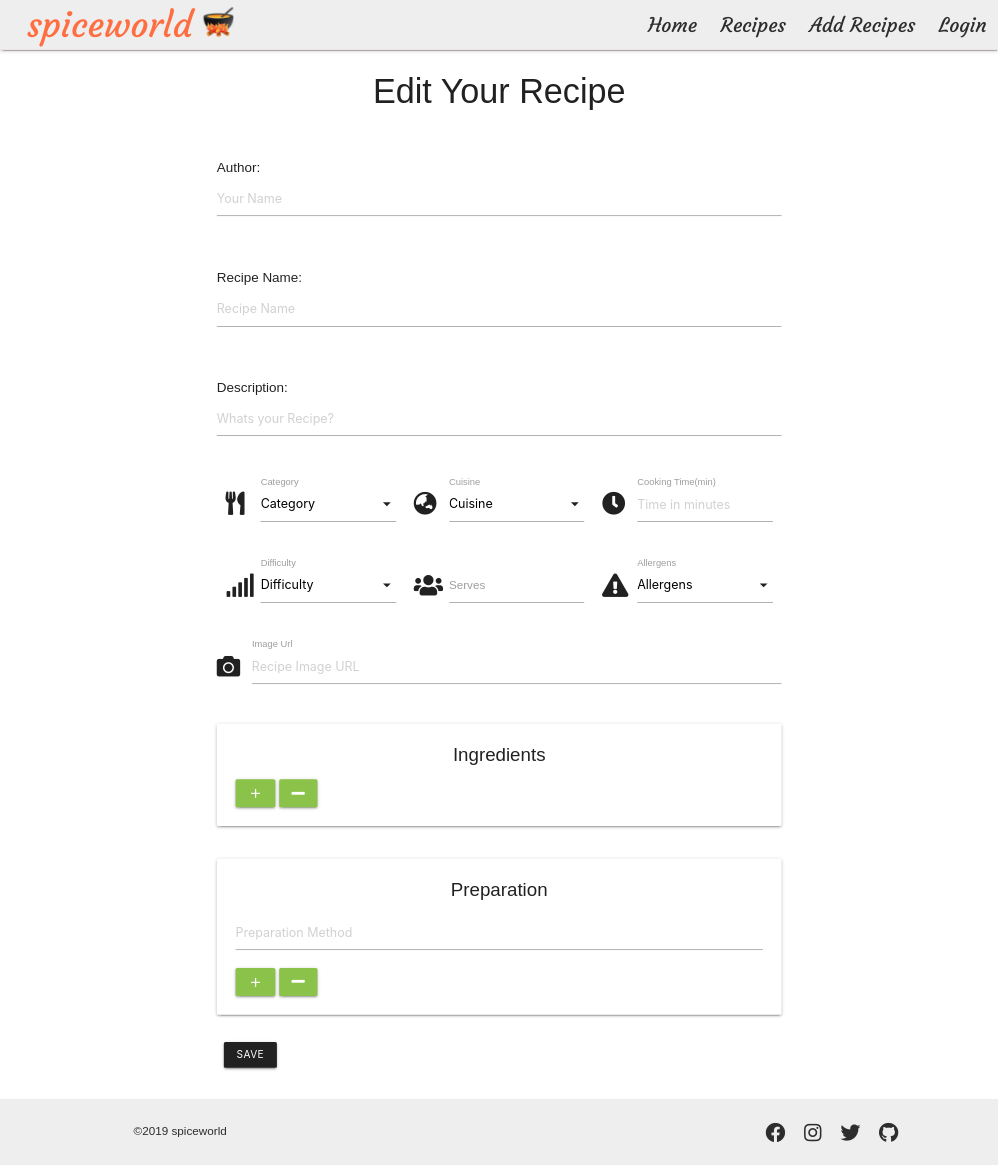
Repository: stephyraju/spiceworld
Page: templates/editrecipe.html
The author's editor kept a record of every edit. The page is drawn from the files as they stood at one moment, then again after the next edit.
The browser window is 1280 px wide. The pictures show the whole page, at 78% of full size.
Some web libraries are served in a nearby version. The page is served by the project's application, run on Flask 3 (app.py). The template is opened directly, without the code that normally fills it, so the values that code supplies are empty.

Above is the page before.

### templates/editrecipe.html
{% extends 'base.html'%} {% block content %}
<section class="container">
    <div class="row center">
        <h3>Edit Your Recipe</h3>
    </div>
    <div class="row">
        <form action="{{ url_for('update_recipe',recipe_id=recipe._id) }}" method="POST" class="col s12">
            <!-- Author -->
            <div class="row">
                <div class="input-field col s10 offset-s1">
                    <h6><strong>Author:</strong></h6>
                    <input placeholder="Your Name" id="author" name="author" type="text" class="validate" value="{{recipe.author}}" required="">
                </div>
            </div>
            <!-- recipe name -->
            <div class="row">
                <div class="input-field col s10 offset-s1">
                    <h6><strong>Recipe Name:</strong></h6>
                    <input id="recipe_name" name="recipe_name" type="text" class="validate" value="{{recipe.recipe_name}}" minlength="3" maxlength="30" data-length="30" placeholder="Recipe Name" required="">
                </div>
            </div>
            <!-- Description -->
            <div class="row">
                <div class="input-field col s10 offset-s1">
                    <h6><strong>Description:</strong></h6>
                    <textarea id="description" placeholder="Whats your Recipe?" name="description" class="materialize-textarea" inlength="20" maxlength="500" data-length="500" required>{{ recipe.description }}</textarea>
                </div>
            </div>
            <!-- Category -->
            <div class="row">
                <div class="col m10 offset-m1">
                    <!-- Category -->
                    <div class="col s6 l4">
                        <div class="input-field">
                            <i class="fas fa-utensils material-icons prefix"></i>
                            <select id="category" name="category_name" class="validate" required>
                           <option value="" disabled selected>Category</option>
                            {% for cat in categories %}
                            {% if cat.category_name == recipe.category_name%}
                           <option value="{{cat.category_name}}" selected >{{cat.category_name}}</option>
                           {% else %}
                           <option value="{{cat.category_name}}">{{cat.category_name}}</option>
                           {% endif %}
                           {% endfor %}
                           </select>
                            <label>Category</label>
                        </div>
                    </div>

                    <!-- Cuisine -->
                    <div class="col s6 l4">
                        <div class="input-field">
                            <i class="fas fa-globe-asia material-icon prefix"></i>
                            <select id="cuisine" name="cuisine" class="validate" required>
                           <option value="" disabled selected>Cuisine</option>
                                    {% for cuisine in cuisines %}
                                    {% if cuisine.cuisine == recipe.cuisine %}
                                        <option value="{{cuisine.cuisine}}" selected>{{cuisine.cuisine}}</option>
                                    {% else %}
                                        <option value="{{cuisine.cuisine}}">{{cuisine.cuisine}}</option>
                                    {% endif %}
                                {% endfor %}
                           </select>
                            <label>Cuisine</label>
                        </div>
                    </div>
                    <!-- Cooking Time -->
                    <div class="col s6 l4">
                        <div class="input-field">
                            <i class="fas fa-clock material-icons prefix"></i>
                            <input id="cooking_time" name="cooking_time" type="number" placeholder="Time in minutes" value="{{recipe.cooking_time}}" class="validate" min="1" required="">
                            <label>Cooking Time(min)</label>
                        </div>
                    </div>
                </div>
            </div>
            <!----Difficulty----->
            <div class="row">
                <div class="col m10 offset-m1">
                    <!-- Difficulty -->
                    <div class="col s6 l4">
                        <div class="input-field">
                            <i class="fas fa-signal material-icons prefix"></i>
                            <select id="difficulty" name="" class="validate" required>
                           <option value="" disabled selected>Difficulty</option>
                                {% for level in difficulty %}
                                    {% if level.difficulty == recipe.difficulty %}
                                        <option value="{{level.difficulty}}" selected>{{level.difficulty}}</option>
                                    {% else %}
                                        <option value="{{level.difficulty}}">{{level.difficulty}}</option>
                                    {% endif %}
                                {% endfor %}
                           </select>
                            <label>Difficulty</label>
                        </div>
                    </div>
                    <!-- Serves -->
                    <div class="col s6 l4">
                        <div class="input-field">
                            <i class="fas fa-users material-icons prefix"></i>
                            <input id="serves" name="serves" type="number" value="{{recipe.serves}}" class="validate" min="1" required="">
                            <label>Serves</label>
                        </div>
                    </div>
                    <!-- Allergens -->
                    <div class="col s6 l4">
                        <div class="input-field">
                            <i class="fas fa-exclamation-triangle material-icon prefix"></i>
                            <select id="allergens" name="allergens" class="validate" required>
                           <option value="" disabled selected>Allergens</option>
                            {% for allergen in allergens %}
                            {% if allergen.allergen in recipe.allergens %}
                            <option value="{{allergen.allergen}}" selected>{{allergen.allergen}}</option>
                            {% else %}
                              <option value="{{allergen.allergen}}">{{allergen.allergen}}</option>
                              {% endif %}
                            {% endfor %}
                           </select>
                            <label>Allergens</label>
                        </div>
                    </div>

                </div>
            </div>
            <!--Image Url-->
            <div class="row">
                <div class="col s10 offset-s1">
                    <div class="input-field ">
                        <i class="fas fa-camera material-icons prefix"></i> {% if recipe.image_url %}
                        <input id="image_url" name="image_url" class="validate" type="url" minlength="15" value="{{ recipe.image_url }}" placeholder="Recipe Photo URL"> {% else %}
                        <input id="image_url" name="image_url" class="validate" type="url" minlength="15" placeholder="Recipe Image URL" pattern="https?://.+"> {% endif %}
                        <label for="image_url">Image Url</label>
                    </div>
                </div>
            </div>
            <!--Ingredients-->
            <div class="row">
                <div class="col s10 offset-s1">
                    <div class="card background">
                        <div class="card-content">
                            <span class="card-title center">Ingredients</span>

                            <div class="addIngredient new-ingredient ingredient">
                                <div class="input-field whites-4">
                                    {% for ingredient in recipe.ingredients %}
                                    <textarea id="ingredients" placeholder="200g Butter" name="ingredients[]" class="materialize-textarea ingredients validate"
                                    inlength="5" maxlength="500" data-length="500" required>{{ ingredient }}</textarea>
                                    <!--   <input id="ingredients" type="text" placeholder="200g Butter" name="ingredients[]" class="ingredients validate" minlength="1" maxlength="100" required>{{ recipe.ingredients }}
                               -->
                                    {% endfor %}
                                </div>
                            </div>

                            <!-- add button -->
                            <a id="add_ingredient" class="btn waves-effect waves-light light-green"><i class="material-icons">add</i></a>
                            <!-- Remove button -->
                            <a id="remove_ingredient" class="btn waves-effect waves-light light-green"><i class="fas fa-minus"></i></a>
                        </div>
                    </div>
                </div>
            </div>
            <!--Preparation-->
            <div class="row">
                <div class="col s10 offset-s1">
                    <div class="card background">
                        <div class="card-content">
                            <span class="card-title center">Preparation</span>

                            <div class="addpreparation preparation new-step">
                                <div class="input-field whites-4">
                                    {% for preparation in recipe.preparation %}
                                <i class="material-icons prefix teal-text">format_list_bulleted</i>
                                <textarea id="preparation" name="preparation[]" class="preparation validate materialize-textarea"
                                 required>{{ preparation}}</textarea>
                                 {% endfor %}

                                    <input id="preparation" type="text" placeholder="Preparation Method" name="preparation[]" class="preparation validate" minlength="3" maxlength="600"></textarea>
                                </div>
                            </div>
                            <!-- add button -->
                            <a id="add_step" class="btn waves-effect waves-light light-green"><i class="material-icons">add</i></a>
                            <!-- removebutton -->
                            <a id="remove_step" class="btn waves-effect waves-light light-green"><i class="fas fa-minus"></i></a>
                        </div>
                    </div>
                </div>
            </div>

            <!--Submit button-->
            <div class="row col s10 offset-s1">
                <button class="btn waves-effect waves-light btn-small grey darken-4" type="submit" name="action">Save</button>
            </div>
        </form>
    </div>
</section>
{% endblock %}

### templates/base.html
<!DOCTYPE html>
<html lang="en">

<head>
  <meta charset="UTF-8">
  <meta name="viewport" content="width=device-width, initial-scale=1.0">
  <meta http-equiv="X-UA-Compatible" content="ie=edge">
  <title>spiceworld</title>

  <!--Import Google Icon Font-->
  <link href="https://fonts.googleapis.com/icon?family=Material+Icons" rel="stylesheet">
  <!--Font Awesome-->
  <link rel="stylesheet" href="https://use.fontawesome.com/releases/v5.8.2/css/all.css" integrity="sha384-oS3vJWv+0UjzBfQzYUhtDYW+Pj2yciDJxpsK1OYPAYjqT085Qq/1cq5FLXAZQ7Ay" crossorigin="anonymous">
  <!--Materialize CSS-->
  <link rel="stylesheet" href="https://cdnjs.cloudflare.com/ajax/libs/materialize/1.0.0/css/materialize.min.css">
  <!--CSS-->
  <link rel="stylesheet" href="{{ url_for('static', filename='css/style.css')}}" type="text/css" />

</head>

<body>

  <!--Header-->
  <header class="navbar-fixed">
    <nav>
      <div class="nav-wrapper grey lighten-3">
        <a href="#" class="brand-logo">spiceworld <img class="hide-on-med-and-down" src="{{ url_for('static', filename='images/logo.png') }}"></a>
        <a href="#" data-target="mobile-sidenav" class="sidenav-trigger"><i class="fas fa-bars"></i></a>
        <ul id="nav-mobile" class="right hide-on-med-and-down">
          <li><a href="{{ url_for('index') }}">Home</a></li>
          <li><a href="{{ url_for('get_recipes') }}">Recipes</a></li>
          <li><a href="{{ url_for('add_recipe') }}">Add Recipes</a></li>
          <li><a href="{{url_for('login')}}">Login</a></li>

        </ul>
      </div>
    </nav>
  </header>
  <!--Sidenav-->
  <ul class="sidenav" id="mobile-sidenav">
    <img class="responsive-img" src="{{ url_for('static', filename='images/sidenav.png') }}" alt="spices-image">

    <li><a class="active" href="{{ url_for('index') }}">Home</a></li>
    <li><a href="{{ url_for('get_recipes') }}">Recipes</a></li>
          <li><a href="{{ url_for('add_recipe') }}">Add Recipes</a></li>
          <li><a href="{{url_for('login')}}">Login</a></li>
    <li><a class="waves-effect" href="#!">Third Link With Waves</a></li>
  </ul>

  <main>
    {% block content %}
    {% endblock %}
  </main>

  <footer class="page-footer grey lighten-3">

     <div class="row footer-content">
        <div class="col s5 m6">
          <div class="copyright">&copy;2019 spiceworld</div>
        </div>
        <div class="col s7 m3">
                    <a href="https://www.facebook.com/" target="_blank"><i class="fab fa-facebook social-icon"></i></a>
                    <a href="https://www.instagram.com/" target="_blank"><i class="fab fa-instagram social-icon"></i></a>
                    <a href="https://www.twitter.com/" target="_blank"><i class="fab fa-twitter social-icon"></i></a>
                    <a href="https://github.com/stephyraju" target="_blank"><i class="fab fa-github social-icon"></i></a>
        </div>

      </div>

  </footer>

  <script src="https://code.jquery.com/jquery-3.4.0.slim.js" integrity="sha256-milezx5lakrZu0OP9b2QWFy1ft/UEUK6NH1Jqz8hUhQ=" crossorigin="anonymous"></script>
  <script src="https://cdnjs.cloudflare.com/ajax/libs/materialize/1.0.0/js/materialize.min.js"></script>
  <script src="{{ url_for('static', filename='js/main.js') }}"></script>
</body>

</html>

### app.py
import os
from flask import Flask, render_template, redirect, request, url_for,session,flash
from flask_pymongo import PyMongo
from bson.objectid import ObjectId
import bcrypt


# declaring app name
app = Flask(__name__)

app.config['SECRET_KEY'] = os.getenv('SECRET')
app.config["MONGO_DBNAME"] = 'cook_book'
app.config["MONGO_URI"] = os.getenv('MONGO_URI', 'mongodb://localhost')

mongo = PyMongo(app)

@app.route('/')
@app.route('/index')
def index():
     return render_template("index.html", recipes=mongo.db.recipes.find())

#@app.route('/get_recipes',methods=['POST','GET'])
#def get_recipes():
 #   return render_template("recipes.html", recipes=mongo.db.recipes.find())


# -------CREATE---------#

@app.route('/add_recipe')
def add_recipe():
     return render_template("addrecipe.html",
               recipes=mongo.db.recipes.find(),
               categories = mongo.db.categories.find(),
               cuisines=mongo.db.cuisines.find(),
               difficulty=mongo.db.difficulty.find(),
               allergens=mongo.db.allergens.find())


@app.route('/insert_recipe', methods=['POST'])
def insert_recipe():
    print(request.form)
    print(request.form.getlist('ingredients[]'))
    print(request.form.getlist('preparation[]'))
    print(request.form.to_dict())
    recipes = mongo.db.recipes
    data = request.form.to_dict()
    data.update({'ingredients':request.form.getlist('ingredients[]')})
    data.update({'preparation':request.form.getlist('preparation[]')})
    del data['ingredients[]']
    del data['preparation[]']
    recipes.insert_one(data)
    return redirect(url_for('get_recipes'))

#-------READ--------#

@app.route("/get_recipes", methods=['POST', 'GET'])
def get_recipes():
    return render_template('recipes.html',
                         recipes=mongo.db.recipes.find(),
                         categories = mongo.db.categories.find())

@app.route('/view/recipe_id?=<id>')
def view(id):
    recipe = mongo.db.recipes.find_one({"_id": ObjectId(id)})
    return render_template('view.html',
                        title='View Recipe',
                        recipe=recipe)

#-----------UPDATE-----------#

@app.route('/edit_recipe/<recipe_id>')
def edit_recipe(recipe_id):
    recipe = mongo.db.recipes.find_one({"_id":ObjectId(recipe_id)})
    return render_template('editrecipe.html',
                            recipe=recipe,
                            categories=mongo.db.categories.find(),
                            cuisine=mongo.db.cuisine.find(),
                            difficulty=mongo.db.difficulty.find(),
                            allergens=mongo.db.allergens.find())

@app.route('/update_recipe/<recipe_id>', methods=["POST"])
def update_recipe(recipe_id):
    recipe = mongo.db.recipes
    recipe = mongo.db.recipes.find({"_id":ObjectId(recipe_id)},
        {
        'recipe_name':request.form.get('recipe_name'),
        'category_name':request.form.get('category_name'),
        'description': request.form.get('description'),
        'serves':request.form('serves'),
        'cooking_time':request.form('cooking_time'),
        'cuisine':request.form('cuisine'),
        'allergens':request.form.get('allergens'),
        'image_url' :request.file('image_url'),
        'ingredients':request.form.getlist('ingredients[]'),
        'preparation':request.form.getlist('preparation[]')
        })
    return redirect(url_for('view',recipe_id=recipe_id))

#-----------Register-----------#

@app.route('/register', methods=['GET','POST'])
def register():
    if request.method == 'POST':
        users = mongo.db.Users
        user_exists = users.find_one({'author':request.form['username'].capitalize()})

        if user_exists is None:
            hashpass = bcrypt.hashpw(request.form['password'].encode('utf-8'), bcrypt.gensalt())
            users.insert({'author':request.form['username'].capitalize(), 'password':hashpass})
            session['username'] = request.form['username'].capitalize()
            return redirect(url_for('get_recipes'))

        flash('That username already exists, please choose a different one.')
        return render_template('register.html', title="Register")

    return render_template('register.html', title="Register")


if __name__ == '__main__':
    app.run(host=os.environ.get('IP'),
            port=int(os.environ.get('PORT')),
            debug=True)

### static/css/style.css
@import url('https://fonts.googleapis.com/css?family=Courgette&display=swap');

body {
  font-family: 'ProximaNova Regular', sans-serif;
  display: flex;
  flex-direction: column;
  min-height: 100vh;
  overflow-x: hidden;
}
.section-container {
  max-width: 100%;
  margin-left: auto;
  margin-right: auto;
  padding-left: 15px;
  padding-right: 15px;
  border-radius: 5px;
}

/* -------- Nav Bar ----------*/

nav {
     font-family: 'Courgette';
}

nav .brand-logo {
    color: #ff6e40;
    font-size: 3rem;
    font-family: 'Courgette', cursive;
    -webkit-transition: 0.2s;
    -o-transition: 0.2s;
    transition: 0.2s;
}

@media screen and (min-width: 993px){
nav .brand-logo {
    margin-left: 2.3rem;
}
}
nav ul a {
  color:#2d2d2d;
  font-size: 1.7rem;
  font-family: 'Courgette';
}
nav ul a:hover,
nav ul .active {
  color:#76c14f;
}
.fa-bars{
  color: #ff6e40;
}
h4,h5{
  font-family: 'Muli','sans-serif';
}
/*--------Title----------*/

.title-container{
  position: relative;
  text-align: center;
  color: white;
  width:100%;
  margin-top: 20px;
}
.title-container img{
    display: block;
    width: 100%;
    height: 25vh;
    object-fit: cover;
    border-radius: 5px;
}

.intro-content{
  position: absolute;
  top: 50%;
  left: 70%;
  transform: translate(-50%, -50%);
}
/*--------Category---------*/

.catergory-container{
  font-size: 1.2rem;
  color:#2d2d2d;
  margin-top: 20px;
  background-color:#eeeeee;
  height:70px;
  margin-left: 15px;
  margin-right: 15px;
}
.catergory-container .row {
  padding-top: 20px;
}
.catergory-container a {
  color:#2d2d2d;
}
.catergory-container a :hover {
  color:#ff6e40 !important;
}

/*--------Description---------*/
.cells h4 {
  font-family: 'Muli','sans-serif';
}
.cells h5{
  color: #76c14f;
  font-size: 1.5rem;
  font-family: 'Courgette',sans-serif;
}
 p {
  padding-left: 30px;
  padding-right: 30px;
}
.content{
  margin-top: 20px;
  margin-bottom: 20px;
}

.recipe-card .card .card-image img {
  display: block;
  position: relative;
  width: 100%;
  height: 200px;
  }


/*--------View Recipe---------*/
.icon-color{
  color:rgb(109, 174, 177);
}
 .recipe-card .card-image{
   padding-top: 20px;
 }
 .recipe-view .card {
   background-color: #fcf4ec;
 }
 .preparation ol li {
   padding: 0px 15px 15px 15px;
 }
 .ingredients ul li {
    padding: 0px 15px 15px 15px;
    list-style-type: square;
 }
/*--------Footer---------*/

.page-footer i{
  color:#2d2d2d;
}
.page-footer i:hover{
   color:#ff6e40;
}
.page-footer {
    min-height: 45px;
}
.footer-content{
  display:flex;
  color:#2d2d2d;
}
.copyright{
  padding-top: 10px;
}
.social-icon {
  margin: 10px;
  color: white;
  font-size: 1.7rem;
}

### static/js/main.js
$(document).ready(function(){
    $('.sidenav').sidenav();
    $('.dropdown-trigger').dropdown();
    $('select').formSelect();
    $('.carousel').carousel();

  });

 var ingredientField = $(".ingredient").length;
    $("#add_ingredient").on("click", function () {
        $("select").formSelect("destroy");
        $(".new-ingredient:first").clone().insertBefore("#add_ingredient").find("input[type='text'], select, textarea").val("");
        $("select").formSelect();
        ingredientField += 1;
    });

    $("#remove_ingredient").on("click", function () {
        if (ingredientField > 1) {
            /* only remove the :last item */
            $(this).siblings(".new-ingredient:last").remove();
            /* ensure original ingredient line never gets deleted */
            ingredientField-= 1;
        }
    });


var preparationField = $(".preparation").length;
    /* add new cloned item */
    $("#add_step").on("click", function () {
        $(".new-step:first").clone().insertBefore("#add_step").find("input[type='text'], select, textarea").val("");
        /* increase counter so original direction is never removed */
       preparationField += 1;
    });
    /* delete last cloned item */
    $("#remove_step").on("click", function () {
        if ( preparationField > 1) {
            /* only remove the :last item */
            $(this).siblings(".new-step:last").remove();
            /* ensure original direction line never gets deleted */
            preparationField-= 1;
        }
    });

After the next edit:
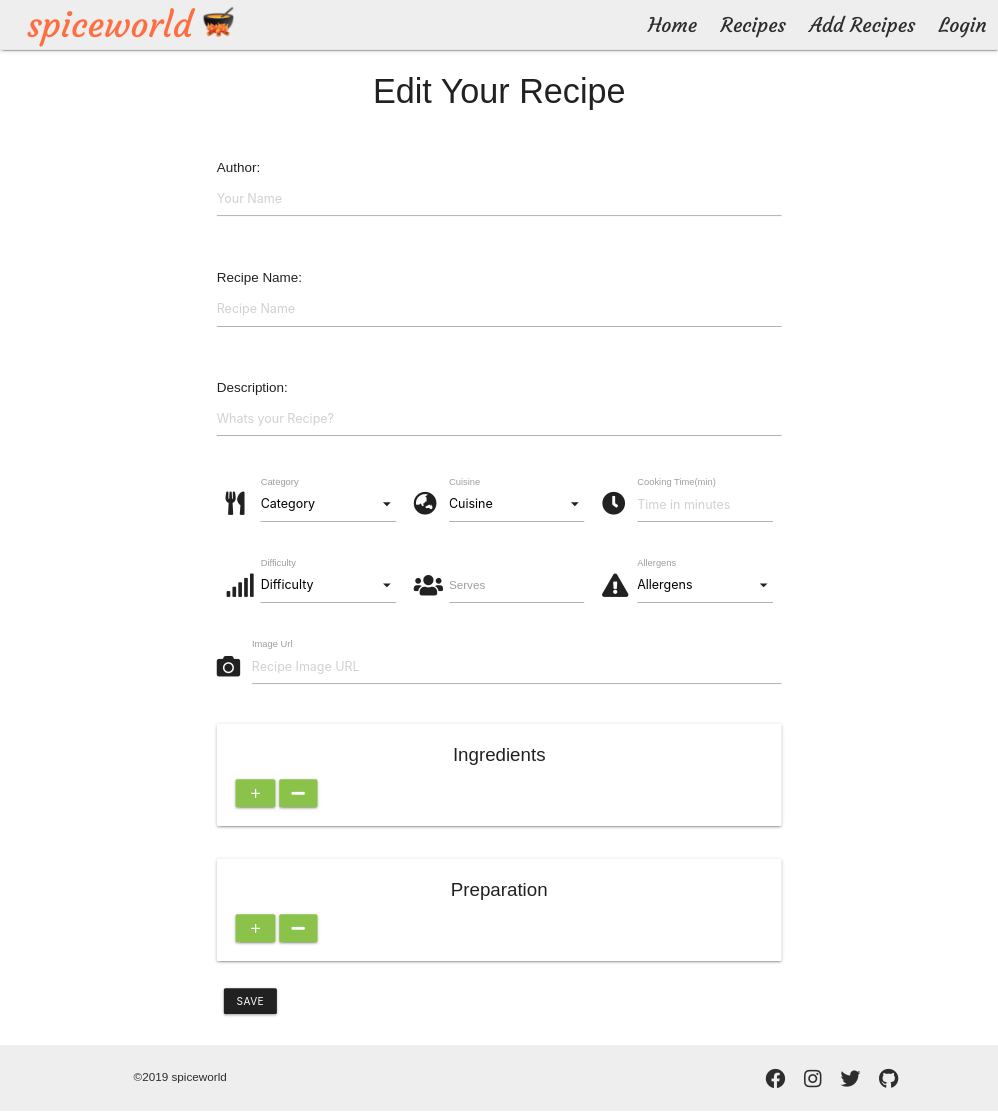
The edit:
--- a/templates/editrecipe.html
+++ b/templates/editrecipe.html
@@ -174,8 +174,9 @@
                                  required>{{ preparation}}</textarea>
                                  {% endfor %}
 
-                                    <input id="preparation" type="text" placeholder="Preparation Method" name="preparation[]" class="preparation validate" minlength="3" maxlength="600"></textarea>
-                                </div>
+                                   <!-- <input id="preparation" type="text" placeholder="Preparation Method" name="preparation[]" class="preparation validate" minlength="3" maxlength="600"></textarea>
+                            -->
+                              </div>
                             </div>
                             <!-- add button -->
                             <a id="add_step" class="btn waves-effect waves-light light-green"><i class="material-icons">add</i></a>
